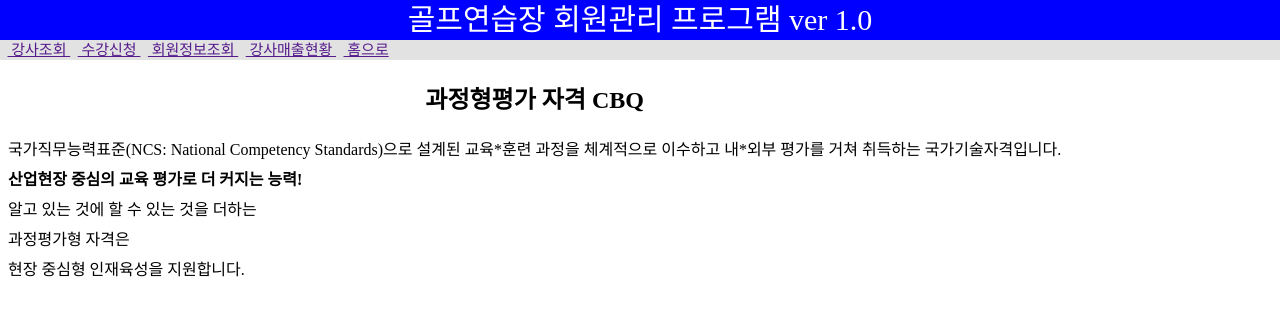
Repository: YeoJeongmo/hrdKorea
Page: http://localhost/HRD_01/
The author's editor kept a copy of each file at every save. The page is drawn from the files as they stood at one save, then again after the next save.
The browser window is 1280 px wide. The pictures show the whole page.
The page is served by Tomcat 9. Other server files are loaded and not shown.

Above is the page before, as saved 2024-09-02 03:08:19.

### cbq_01/workspace/HRD_01/src/main/webapp/index.jsp
<%@ page language="java" contentType="text/html; charset=UTF-8"
    pageEncoding="UTF-8"%>
<!DOCTYPE html>
<html>
<head>
<meta charset="UTF-8">
<title>Insert title here</title>
</head>
<body>

<jsp:include page="header.jsp"></jsp:include>
<section style="position: fixed; top: 60px;">
	<h2 style="text-align: center;">과정형평가 자격 CBQ</h2>
	<p style="line-height: 30px;">
		국가직무능력표준(NCS: National Competency Standards)으로 설계된 교육*훈련 과정을 체계적으로 이수하고 내*외부 평가를 거쳐 취득하는 국가기술자격입니다.<br>
		<b>산업현장 중심의 교육 평가로 더 커지는 능력!</b><br>
		알고 있는 것에 할 수 있는 것을 더하는<br>
		과정평가형 자격은<br>
		현장 중심형 인재육성을 지원합니다.
	</p>
</section>

<jsp:include page="header.jsp"></jsp:include>

</body>
</html>

### cbq_01/workspace/HRD_01/src/main/webapp/header.jsp
<%@ page language="java" contentType="text/html; charset=UTF-8"
    pageEncoding="UTF-8"%>
<!DOCTYPE html>
<html>
<head>
<meta charset="UTF-8">
<title>Insert title here</title>
</head>
<body>
<header style="position: fixed; top: 0; left: 0; width: 100%; height: 40px; line-height: 40px; font-size: 30px; background-color: blue; color: white; text-align: center;">골프연습장 회원관리 프로그램 ver 1.0</header>
<nav style="position: fixed; top: 40px; left: 0; width: 100%; height: 20px; line-height: 20px; font-size: 15px; background-color: #e2e2e2; color: white;">
&nbsp;&nbsp;<a href=""> 강사조회 </a>
&nbsp;&nbsp;<a href=""> 수강신청 </a>
&nbsp;&nbsp;<a href=""> 회원정보조회 </a>
&nbsp;&nbsp;<a href=""> 강사매출현황 </a>
&nbsp;&nbsp;<a href=""> 홈으로 </a>
</nav>

</body>
</html>

After the next save:
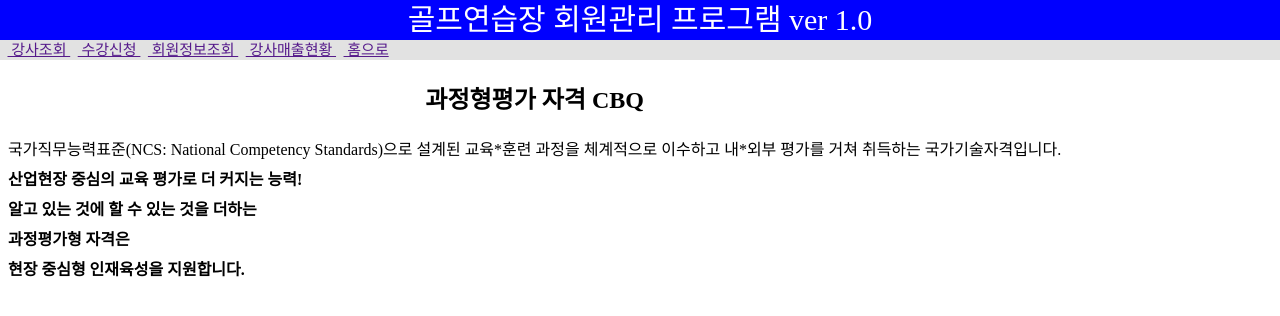
Saved 16 s later.
--- a/cbq_01/workspace/HRD_01/src/main/webapp/index.jsp
+++ b/cbq_01/workspace/HRD_01/src/main/webapp/index.jsp
@@ -13,10 +13,10 @@
 	<h2 style="text-align: center;">과정형평가 자격 CBQ</h2>
 	<p style="line-height: 30px;">
 		국가직무능력표준(NCS: National Competency Standards)으로 설계된 교육*훈련 과정을 체계적으로 이수하고 내*외부 평가를 거쳐 취득하는 국가기술자격입니다.<br>
-		<b>산업현장 중심의 교육 평가로 더 커지는 능력!</b><br>
+		<b>산업현장 중심의 교육 평가로 더 커지는 능력!<br>
 		알고 있는 것에 할 수 있는 것을 더하는<br>
 		과정평가형 자격은<br>
-		현장 중심형 인재육성을 지원합니다.
+		현장 중심형 인재육성을 지원합니다.</b>
 	</p>
 </section>
 
